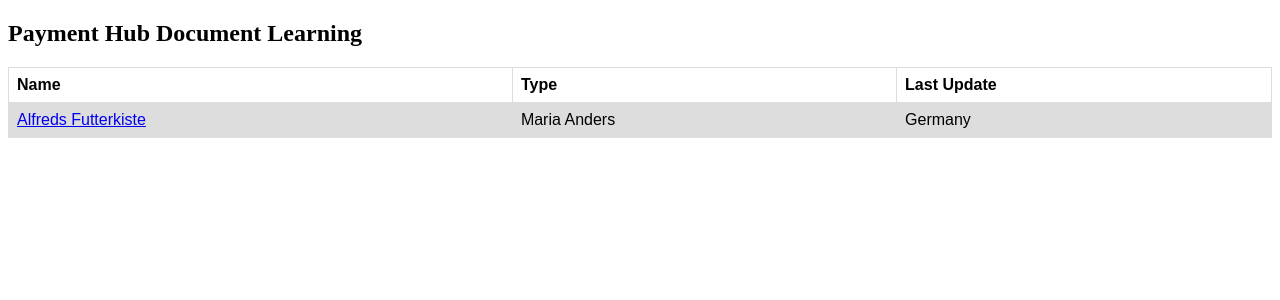
Repository: natzuke06/PMHEwallet
Page: payment/src/main/resources/static/index.html
These files come from the project's save history. The page is drawn as it stood at one moment and after the next save; the edit follows.
The browser window is 1280 px wide. The pictures show the whole page.

Above is the page before, as saved 2018-04-27 02:06:00.

### payment/src/main/resources/static/index.html
<!DOCTYPE html>
<html>
<head>
<style>
table {
    font-family: arial, sans-serif;
    border-collapse: collapse;
    width: 100%;
}

td, th {
    border: 1px solid #dddddd;
    text-align: left;
    padding: 8px;
}

tr:nth-child(even) {
    background-color: #dddddd;
}
</style>
</head>
<body>

<h2>Payment Hub Document Learning</h2>

<table>
  <tr>
    <th>Name</th>
    <th>Type</th>
    <th>Last Update</th>
  </tr>
  <tr>
    <td><a href="http://localhost:8080/download">Alfreds Futterkiste</a></td>
    <td>Maria Anders</td>
    <td>Germany</td>
  </tr>

</table>

</body>
</html>

After the next save:
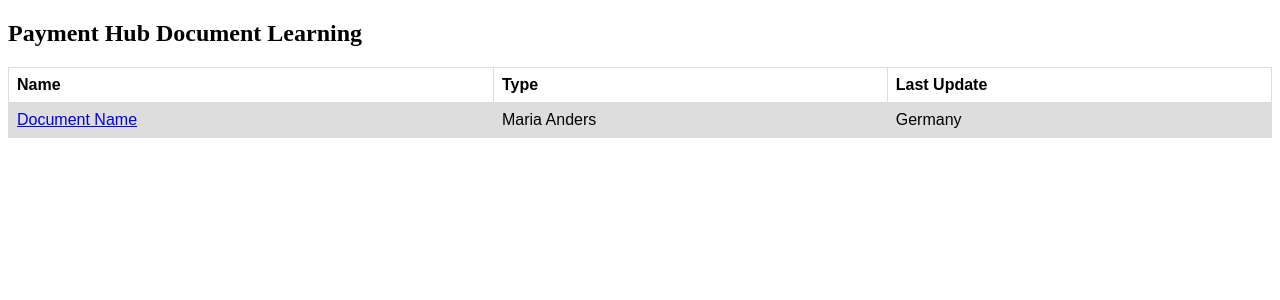
Saved 14 s later.
--- a/payment/src/main/resources/static/index.html
+++ b/payment/src/main/resources/static/index.html
@@ -30,7 +30,7 @@ tr:nth-child(even) {
     <th>Last Update</th>
   </tr>
   <tr>
-    <td><a href="http://localhost:8080/download">Alfreds Futterkiste</a></td>
+    <td><a href="http://localhost:8080/download">Document Name</a></td>
     <td>Maria Anders</td>
     <td>Germany</td>
   </tr>
